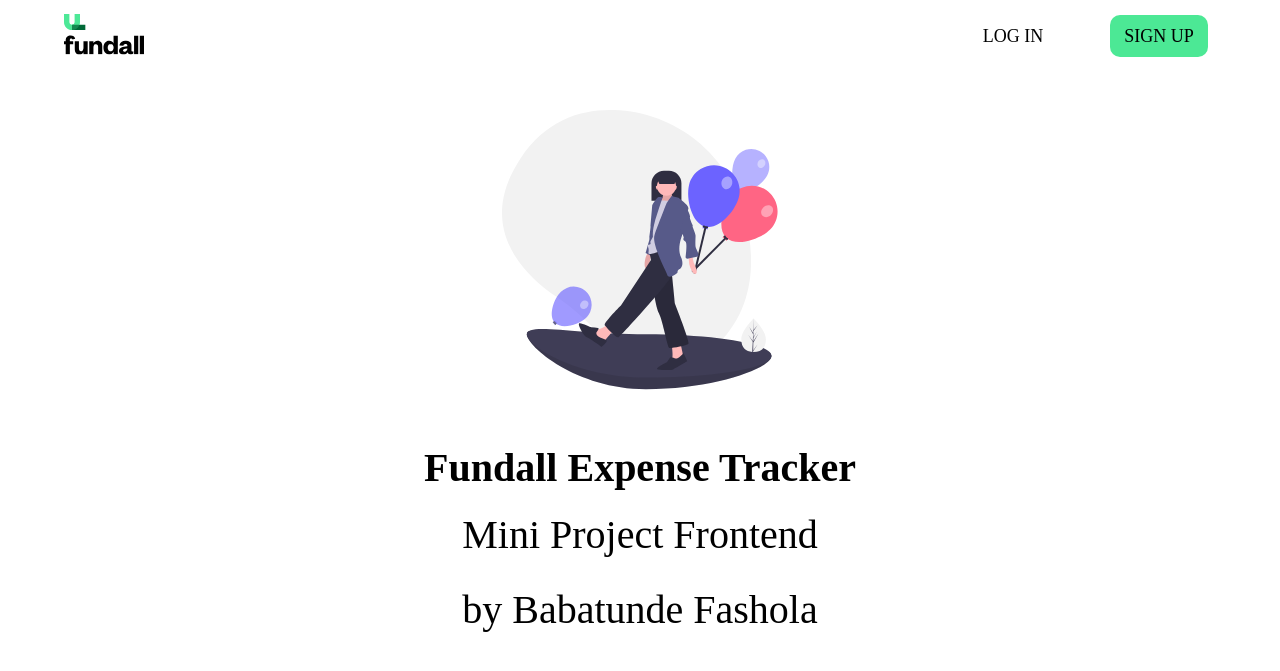
Repository: nilesjamex/niffty
Page: /
The author's editor kept a copy of each file at every save. The page is drawn from the files as they stood at one save, then again after the next save.
The browser window is 1280 px wide. The pictures show the whole page.
The project was rebuilt for these pictures with package versions that can differ from the ones it lists, and the page was loaded fresh each time.

Above is the page before, as saved 2022-04-16 16:02:27.

### src/main.js
import { createApp } from 'vue'
import App from './App.vue'
import router from './router'
import '@/styles/global.scss'

createApp(App).use(router).mount('#app')

### src/App.vue
<template>
 <Nav />
  <router-view/>
</template>
<script>
// @ is an alias to /src
import Nav from "@/components/Nav.vue"
export default {
  components: {
    Nav
  }
}
</script>
<style lang="scss">


#nav {
  padding: 30px;

  a {
    font-weight: bold;
    color: #2c3e50;

    &.router-link-exact-active {
      color: #42b983;
    }
  }
}
</style>

### src/styles/global.scss
@import './variables';
@import './mixins.scss';
@import './_typography.scss';
* {
    margin: 0;
    padding: 0;
    box-sizing: border-box;
    max-width: 100vw;
}
@font-face {
    font-family: "CircularStd";
    src: local(CircularStd) url(../fonts/circular-std-medium-500.ttf) format(opentype);
}
button {
    border: none;
    outline: none;
}
a {
    color: inherit;
    text-decoration: none;
}
li {
    list-style: none;
}
.button--signup {
    width: 98.01px;
    height: 42px;
    background: $access-bg;
    border-radius: 10px;
    @include flex(center, center);
    @include access {

    }
}

### src/components/Nav.vue
<template>
  <nav>
      <div>
          <img src="@/assets/logo.svg" alt="">
      </div>
      <ul>
          <li>
              <button class="button--signup" style="
              background: transparent;">
              LOG IN
              </button>
          </li>
          <li>
              <button class="button--signup">
                  SIGN UP
              </button>
          </li>
      </ul>
  </nav>
</template>

<script>
export default {

}
</script>

<style lang="scss" scoped>
@import '@/styles/mixins.scss';
@import '@/styles/_variables.scss';
@import '@/styles/_typography.scss';
nav {
    padding: 1rem 5%;
    height: 10vh;
    @include flex(space-between, center);
    ul {
        display: flex;
        align-items: center;
        gap: 2rem;
      li {
          margin: 0 0.5rem;
      }
    }
}
</style>

### src/views/Home.vue
<template>
  <section>
    <div class="section--box">
      <div class="home--img">
        <img src="@/assets/girl.svg" alt="">
      </div>
      <div class="home--text">
        <div class="home--text--content">
          <h2>
            Fundall Expense Tracker
          </h2>
          <h5>
            Mini Project Frontend
          </h5>
        </div>
        <div class="home--text--author">
          <h6>
            by Babatunde Fashola
          </h6>
        </div>
      </div>
    </div>
  </section>
</template>

<script>
// @ is an alias to /src


export default {
  name: 'Home',
  components: {
  }
}
</script>
<style lang="scss" scoped>
@import '@/styles/mixins.scss';
@import '@/styles/_variables.scss';
@import '@/styles/_typography.scss';
section {
  @include flex(center,center);
  height: 90vh;
}
.section--box {
  text-align: center;
}
.home--text {
  margin: 3rem 0;
  .home--text--content {
    h2 {
      @include heading1;
    }
    h5 {
      margin: 1rem 0;
       @include heading1;
       font-weight: normal;
    }
  }
  .home--text--author {
    h6 {
      margin-top: 1.5rem;
      @include heading1;
       font-weight: normal;
    }
  }
}
</style>

### src/styles/_variables.scss
// colors
$access-bg: #4CE895;

### src/styles/mixins.scss
@mixin flex($justify: flex-start, $align: flex-start) {
    display: flex;
    justify-content: $justify;
    align-items: $align;
}

### src/styles/_typography.scss
@mixin access {
    font-family: 'Circular Std';
    font-size: 1.125rem;
    line-height: 23px;
    color: #000000;
    @content;
}
@mixin heading1 {
    font-family: 'Circular Std';
    font-size: 2.5rem;
    line-height: 51px;
    color: #000000;
    @content;
}
@mixin heading2 {
    font-family: 'Circular Std';
    font-size: 1.5rem;
    line-height: 30px;
    color: #000000;
    @content;
}

Loaded but not shown: public/index.html (common file); src/router/index.js (common file)

After the next save:
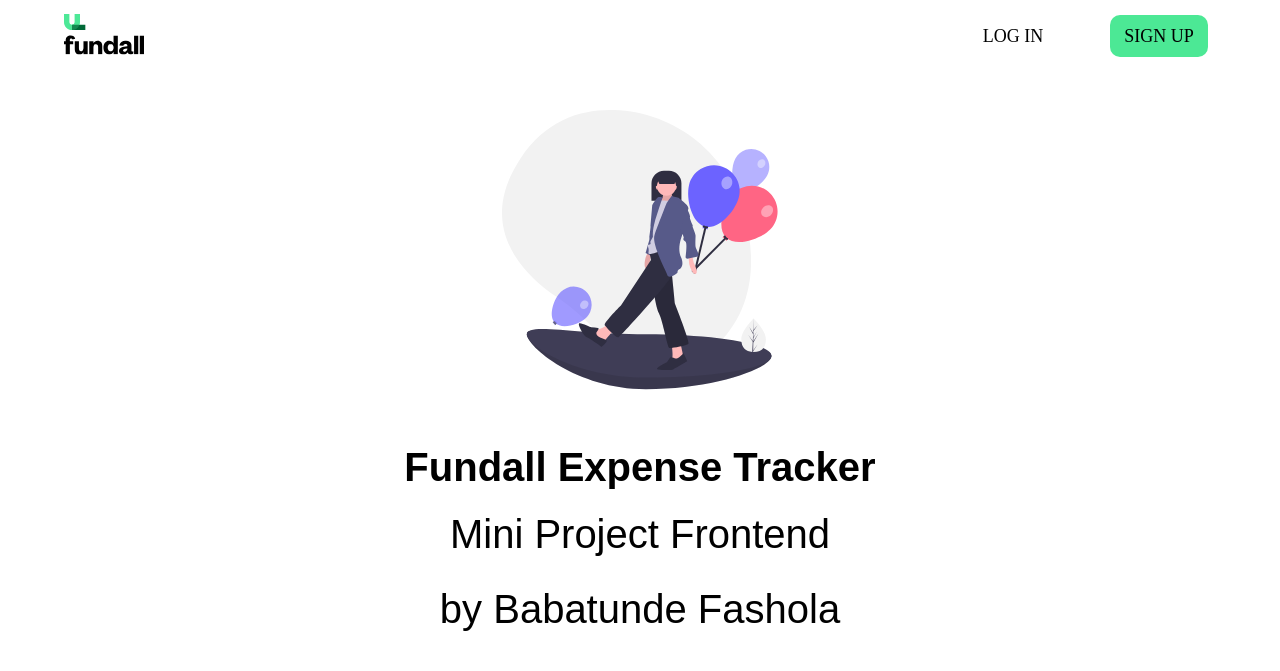
Saved 54 s later.
--- a/src/styles/_typography.scss
+++ b/src/styles/_typography.scss
@@ -6,7 +6,7 @@
     @content;
 }
 @mixin heading1 {
-    font-family: 'Circular Std';
+    font-family: 'CircularStd', sans-serif;
     font-size: 2.5rem;
     line-height: 51px;
     color: #000000;
